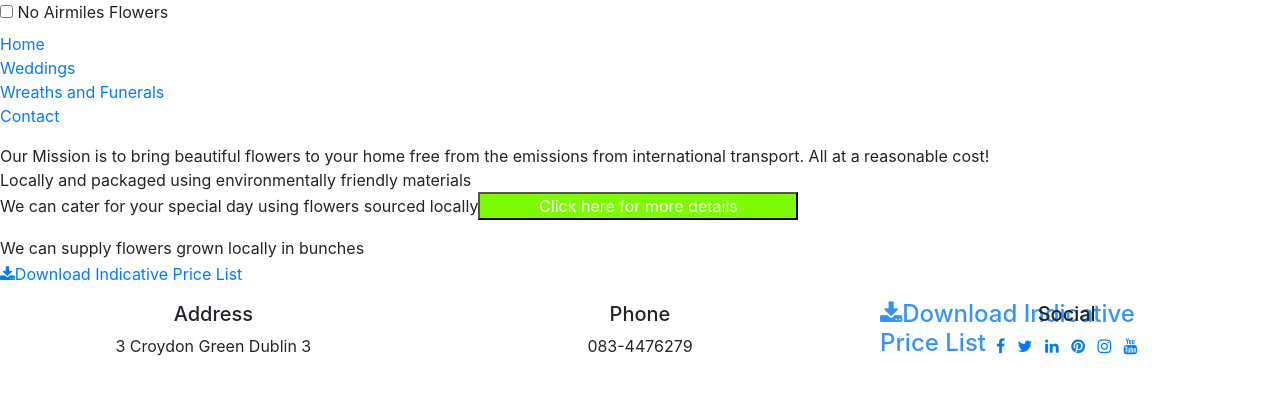
Repository: ConorTC1990/Flowers
Page: weddings.html
The author's editor kept a record of every edit. The page is drawn from the files as they stood at one moment, then again after the next edit.
The browser window is 1280 px wide. The pictures show the whole page.
Some web libraries are served in a nearby version.

Above is the page before.

After the next edit:
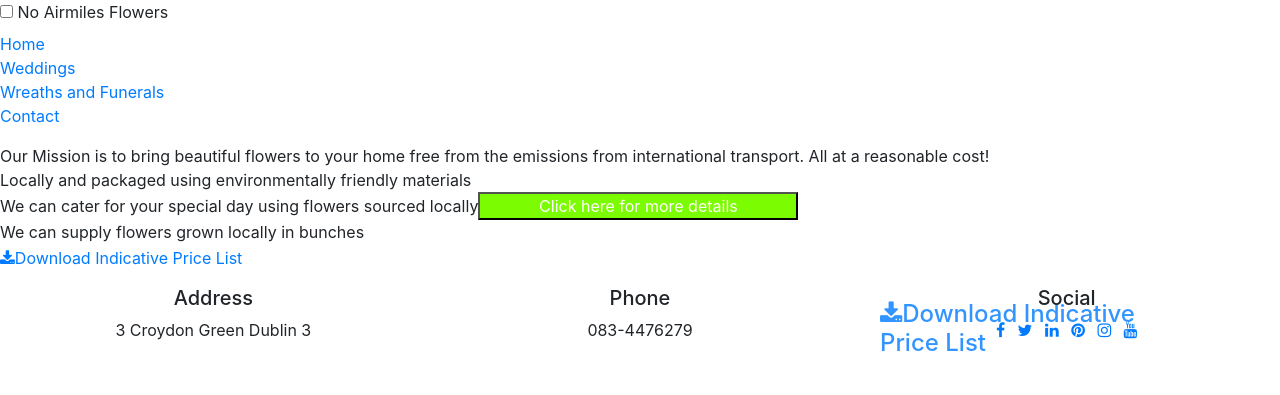
The edit:
--- a/weddings.html
+++ b/weddings.html
@@ -44,7 +44,7 @@
 		        <ul>
 		            <li> Our Mission is to bring beautiful flowers to your home free from the emissions from international transport. All at a reasonable cost!</li>
 		            <li> Locally and packaged using environmentally friendly materials</li>
-		            <li>We can cater for your special day using flowers sourced locally<span class"buttonsticky"><button class= "button">Click here for more details</button></span></li></p>
+		            <li>We can cater for your special day using flowers sourced locally<span class"buttonsticky"><button class= "button">Click here for more details</button></span></li>
 		            <li>We can supply flowers grown locally in bunches</li>
 		            <a href="assets/Indicative Price List" target="_blank" class="hvr-sweep-to-bottom"><i class="fa fa-download" aria-hidden="true"></i><span>Download Indicative Price List</span></a>
 		        </ul>
